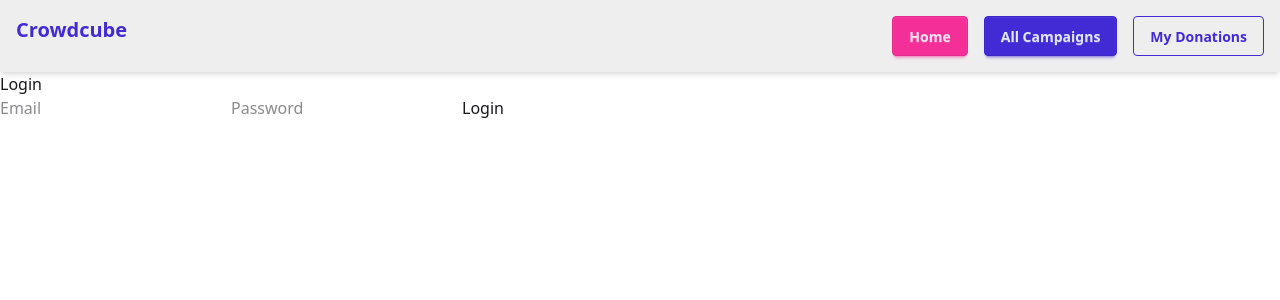
Repository: Aminul-Islam85/crowd-client
Page: /login
The author's editor kept a copy of each file at every save. The page is drawn from the files as they stood at one save, then again after the next save.
The browser window is 1280 px wide. The pictures show the whole page.
The project was rebuilt for these pictures with package versions that can differ from the ones it lists, and the page was loaded fresh each time. Also part of the build but not shown: vite.config.js, src/pages/Home.jsx, src/pages/auth/Register.jsx, src/pages/AddCampaign.jsx, src/pages/Campaigns.jsx, src/pages/CampaignDetails.jsx, src/pages/MyDonations.jsx.

Above is the page before, as saved 2025-03-18 16:43:29.

After the next save:
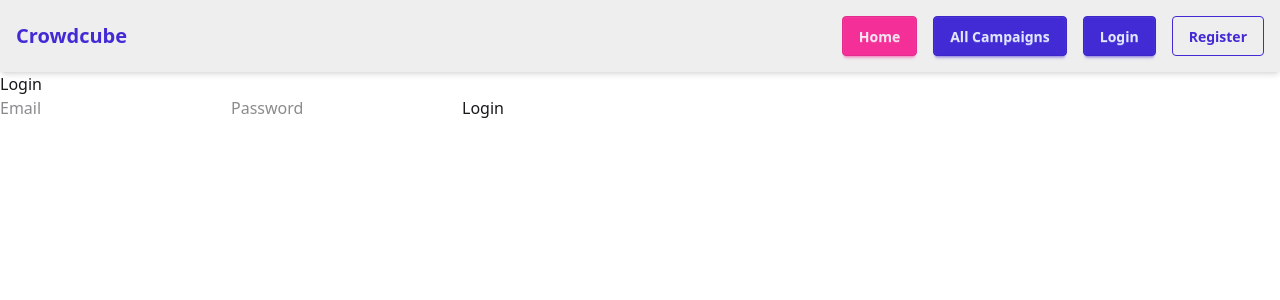
Saved 4 min 59 s later.
--- a/src/components/Navbar.jsx
+++ b/src/components/Navbar.jsx
@@ -1,14 +1,57 @@
 import { Link } from "react-router-dom";
+import { useAuthState } from "react-firebase-hooks/auth";
+import { auth } from "../config/firebase";
 
 const Navbar = () => {
+  const [user] = useAuthState(auth);
+
+  const handleLogout = async () => {
+    await auth.signOut();
+  };
+
   return (
-    <nav className="flex justify-between p-4 bg-base-300 shadow-md">
-      <Link to="/" className="text-xl font-bold text-primary">Crowdcube</Link>
-      <div className="space-x-4">
+    <nav className="flex justify-between items-center p-4 bg-base-300 shadow-md">
+      {/* Website Name/Logo */}
+      <Link to="/" className="text-xl font-bold text-primary">
+        Crowdcube
+      </Link>
+
+      {/* Navbar Links */}
+      <div className="space-x-4 flex items-center">
         <Link to="/" className="btn btn-secondary">Home</Link>
         <Link to="/campaigns" className="btn btn-primary">All Campaigns</Link>
-        <Link to="/my-donations" className="btn btn-outline btn-primary">My Donations</Link>
 
+        {/* Protected Routes: Show only when user is logged in */}
+        {user && (
+          <>
+            <Link to="/add-campaign" className="btn btn-outline btn-secondary">Add Campaign</Link>
+            <Link to="/my-campaigns" className="btn btn-outline btn-secondary">My Campaigns</Link>
+            <Link to="/my-donations" className="btn btn-outline btn-primary">My Donations</Link>
+          </>
+        )}
+
+        {/* Conditional Login/Register */}
+        {!user ? (
+          <>
+            <Link to="/login" className="btn btn-primary">Login</Link>
+            <Link to="/register" className="btn btn-outline btn-primary">Register</Link>
+          </>
+        ) : (
+          // If logged in, show user avatar & log out button
+          <div className="flex items-center gap-3">
+            <div className="relative group">
+              <img
+                src={user.photoURL || "https://via.placeholder.com/40"}
+                alt="User Avatar"
+                className="w-10 h-10 rounded-full cursor-pointer"
+              />
+              <span className="absolute left-0 mt-1 bg-white text-gray-800 text-sm px-2 py-1 rounded shadow-md opacity-0 group-hover:opacity-100 transition-opacity">
+                {user.displayName || "User"}
+              </span>
+            </div>
+            <button onClick={handleLogout} className="btn btn-danger">Log Out</button>
+          </div>
+        )}
       </div>
     </nav>
   );
